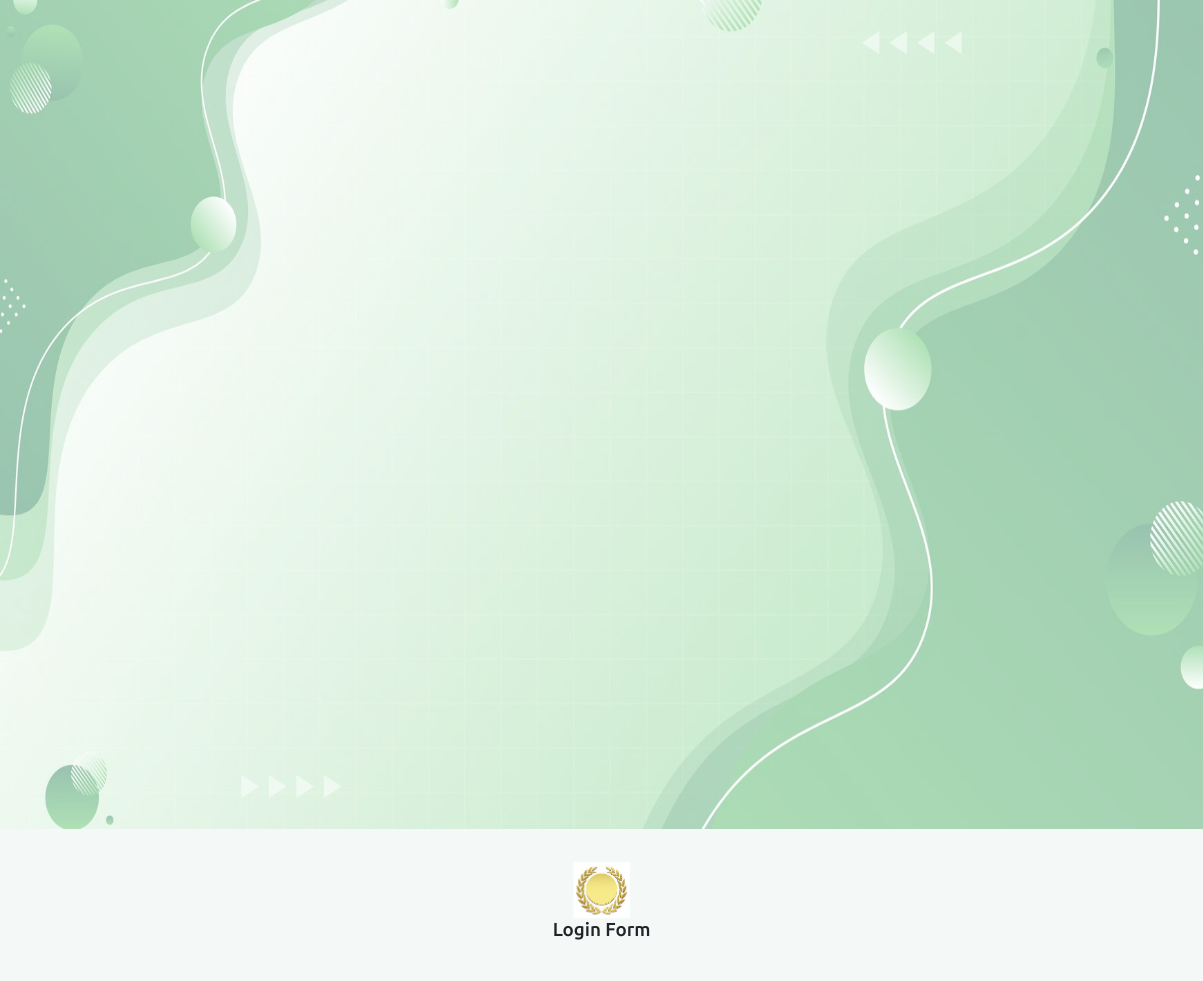
Repository: gautamsonam011/admin-react-dashboard
Page: /login
An editor plug-in stored every save of this project. The page is shown before and after the next save, followed by the edit.
The browser window is 1280 px wide. The pictures show the whole page, at 94% of full size.
The project was rebuilt for these pictures with package versions that can differ from the ones it lists, and the page was loaded fresh each time. Also part of the build but not shown: src/components/DashboardBox.jsx, src/pages/Dashboard/Dashboard.jsx.

Above is the page before, as saved 2025-04-18 23:14:08.

### src/App.css
@import url('https://fonts.googleapis.com/css2?family=Ubuntu:ital,wght@0,300;0,400;0,500;0,700;1,300;1,400;1,500;1,700&display=swap');

body{
  font-family: "Ubuntu", sans-serif !important;
  background-color: #f4f8f7;

}

header{
  width:100%;
  height: 70px;
  background-color:#62bebe;
  position: fixed;
  top:0px;
  left:0px;
  z-index: 1000;
}
header .logo{
  text-decoration: none;
}
header .logo img{
  margin-top: 10px;
  width:45px;

}

header .logo span{
color: coral;
font-weight: bolder;
font-size: 24px;
}
header button.rounded-circle{min-width:40px !important; width:40px !important; height: 40px !important; background-color:#0ff7d8 !important; margin: 15px;}
header button.rounded-circle svg{color:rgb(29, 27, 27); font-size: 25px !important; transition: all 0.2s ease-in-out;}
header button.rounded-circle:hover svg{color: #2585d4 !important;}
.searchBox{width:400px; height: 40px; background-color:#faf9f9; border-radius: 6px;padding: 3px 15px;}
.searchBox input{background: transparent;border:0px; outline:none; padding-left: 5px; font-size: 15px; color:#292929}
.searchBox input::-webkit-input-placeholder{color:#292929}
.searchBox svg{font-size: 18px; color:#292929 ;}

.userImg{display: flex; align-items:center; justify-content: center; overflow: hidden; width:40px; height: 40px; border:1px solid #0ff7d8; padding: 2px; border-radius: 100%;}
.userImg .rounded-circle{display: flex; align-items:center; justify-content: center; overflow: hidden; width: 40px; height: 40px; cursor: pointer; position: relative;}
.userImg .rounded-circle .img{object-fit: cover; width: 100%;}
.userInfo{padding-left: 10px;}
.userInfo h5{font-size: 15px; font-weight: 600; margin-bottom:0px; color: #266666;}

#account-menu li{font-size: 14px !important;}
#account-menu li svg{font-size: 20px !important}

.dropdown-info{padding-left: 6px;}
.dropdown-info h4{font-size: 15px; font-weight:600;margin-top: 2px; white-space: break-space; line-height: 21px;}
.dropdown-info p{font-size: 10px; color: #2585d4;}


/* Style for sidebar  */

.main .sidebarWrapper{width: 20%; flex: 0 0 20%; transition: all 0.3s ease-in-out;}
.main .sidebarWrapper.toggle{width: 0%; flex: 0 0 0%;}
.btn-signin{padding: 7px 20px !important; background:#266666 !important; color: #f4f8f7 !important; font-weight: bold !important; border-radius:20px !important;}
.main .sidebarWrapper .sidebar{width:20%; height: 100vh; max-height: calc(100%-70px); position:fixed; top: 70px; left:0px; background:#b1e4dd; overflow-y: scroll; overflow-x: hidden; padding-bottom: 40px; transition: all 0.3s ease-in-out;}
.main .sidebarWrapper.toggle .sidebar{left:-100%;}

.main .sidebarWrapper .sidebar::-webkit-scrollbar-thumb{background: transparent !important; width:3px;}
.main .sidebarWrapper:hover .sidebar::-webkit-scrollbar{ background:#2585d4; width:3px;}
.main .sidebarWrapper .sidebar ul{margin-bottom:0px;}
.main .sidebarWrapper .sidebar ul li{list-style: none; margin-top:10px;}
.main .sidebarWrapper .sidebar ul li button{color:#266666; text-align: left; justify-content: left; border-radius:0px !important; padding: 12px 15px !important;
  align-items: center; text-transform: capitalize !important;font-family: "Ubuntu", sans-serif !important;
  margin-left: 0px; font-size: 15px !important;
}
.main .sidebarWrapper .sidebar ul li button .icon{display: flex; align-items:center; justify-content: center; width:25px; height:25px; margin-right: 10px;}
.main .sidebarWrapper .sidebar ul li button .icon svg{color:#292929; opacity: 0.8; font-size: 22px;}
.main .sidebarWrapper .sidebar ul li button .arrow{margin-left: auto; display: flex; align-items: center; justify-content: center; width: 25px; transition: all 0.3s ease-in-out}
.main .sidebarWrapper .sidebar ul li button:hover{background:#62bebe !important;}
.main .sidebarWrapper .sidebar ul li button.active{background: #62bebe !important;}
.main .sidebarWrapper .sidebar ul li button.active .arrow{transform: rotate(90deg);}

.main .sidebarWrapper .sidebar ul .submenu{padding: 0px 45px; position:relative; height:auto;}
.main .sidebarWrapper .sidebar ul .submenu::before{content:''; width:1px; height: 95%; position: absolute; top:0px; left:25px; background:rgba(0, 0, 0, 0.1);}
.main .sidebarWrapper .sidebar ul .submenu li{width:100%; list-style: none;}
.main .sidebarWrapper .sidebar ul .submenu li a{color:#266666 !important; text-decoration: none; font-family: "Ubuntu", sans-serif !important;
display: block; padding: 6px 0px; font-size: 14px !important; font-weight: 500; transition:all 0.3s}
.main .sidebarWrapper .sidebar ul .submenu li a:hover{color:#2585d4 !important;}

.main .sidebarWrapper .sidebar ul .submenuWrapper{transition:all 0.3s ease-in-out; height: 0px; overflow: hidden; }
.main .sidebarWrapper .sidebar ul .submenuWrapper.colapsed .submenu{opacity:0;}

.main .sidebarWrapper .sidebar ul .submenuWrapper.colapse{height:auto; overflow: inherit;}
.main .sidebarWrapper .sidebar ul .submenuWrapper.colapse .submenu{opacity:1; height:auto;}

.logoutWrapper{padding: 0px 25px;}
.logoutWrapper .logoutBox{width:100%; height:100px; padding: 25px; background:#bcd2fd; border-radius:10px; margin-bottom:20px; display:flex; align-items: center; justify-content: center;
position:relative; overflow:hidden;}
.logoutWrapper .logoutBox::before{content:''; width:50px; height:50px; background:#266666; border-radius: 100%; position:absolute; top: -20px; right: 30px; opacity:0.5}
.logoutWrapper .logoutBox::after{content:''; width:30px; height:30px; background:#266666; border-radius: 100%; position:absolute; top: -30px; left: 30px; opacity:0.5}
.logoutWrapper .logoutBox button{font-size:14px !important; font-weight: 600 !important; }
.logoutWrapper .logoutBox button svg{margin-right: 15px; font-size:18px;}

.main .content{width:80%; flex: 0 0 80%; transition: all 0.3s ease-in-out;}
.main .content.toggle{width:100%; flex: 0 0 100%;}

.dashboardBoxWrapperRow{margin-left: 20%;}
.right-content{padding: 90px 30px;}
.dashboardBoxWrapper{gap: 15px; width:100%; flex-wrap: wrap;}
.dashboardBoxWrapper .dashboardBox{width:48%; height: 170px; border-radius:10px; overflow: hidden; padding:20px; display: flex; flex-direction: column; justify-content: space-around; text-align: left !important; justify-content: flex-start;}
.dashboardBoxWrapperRow .box{width:100%; height: 100%; background:#0ff7d8;}

.dashboardBoxWrapper .dashboardBox .col1 h4{font-size: 20px; font-weight: 600;}
.dashboardBoxWrapper .dashboardBox .col1 span{font-size: 40px; font-weight: bold;}
.dashboardBoxWrapper .dashboardBox .icon { margin-left: 180px; display: flex; align-items:center; justify-content: center; width:45px; height: 45px; border-radius:5px; background-image: linear-gradient(to bottom right, rgba(0, 0, 0, 0), rgba(0, 0, 0, 0.2));}
.dashboardBoxWrapper .dashboardBox .icon svg{font-size: 45px; opacity: 0.1; color:#f4f8f7}

.dashboardBoxWrapper .dashboardBox button.toggleIcon {font-size: 22px; color:rgba(0,0,0,0.5); cursor: pointer; min-width: 40px !important; width: 40px !important; height: 40px !important; border-radius: 50% !important; margin-left: 170px; border-right: none; opacity: 0.3;}

.dashboardBoxWrapperRow .dashboardBoxWrapper .dashboardBox .chart{position:absolute; opacity: 0.1;}
.dashboardBoxWrapperRow .dashboardBoxWrapper .dashboardBox .chart svg{font-size: 150px; color: #000;}

/*  style for Login page */

.loginSection{
  width: 100%; height: 100hv; padding: 35px 25px;
  background:#f4f8f7; position: relative; z-index: 100;
}
.loginbgimage{width:100%; height: 100%; opacity: 0.4;}

.full{max-width: 100% !important; flex: 0 0 100% !important; width: 100% !important;}

### src/components/Sidebar/index.jsx
import Button from '@mui/material/Button';
import { RiDashboardLine } from "react-icons/ri";
import { IoIosArrowForward } from "react-icons/io";
import { TbBrandProducthunt } from "react-icons/tb";
import { TiShoppingCart } from "react-icons/ti";
import { MdOutlineMessage } from "react-icons/md";
import { IoNotifications } from "react-icons/io5";
import { MdOutlineSettings } from "react-icons/md";
import { Link } from 'react-router-dom';
import React, { useState} from "react";
import { RiLogoutCircleRLine } from "react-icons/ri";
// import { MyContext } from '../../App';

const Sidebar = () =>{
    const [activeTab, setActiveTab] = useState(0);
    const [isToggleSubmenu, setIsToggleSubmenu] = useState(false);

    // const context = useContext(MyContext);

    const isOpenSubmenu = (index) =>{
        setActiveTab(index);
        setIsToggleSubmenu(!isToggleSubmenu);


    }

    return(
        <div className="sidebar">
            <ul>
                <li>
                    <Link to="/">
                    <Button className={`w-100 ${activeTab === 0 ? 'active' : ''}`} onClick={()=>isOpenSubmenu(0)}>
                        <span className='icon'><RiDashboardLine/></span>
                        Dashboard
                        <span className="arrow"><IoIosArrowForward/></span>
                    </Button>
                    </Link>
                </li>
                <li>
                    <Button className={`w-100 ${activeTab === 1 && isToggleSubmenu===true ?  'active' : ''}`} onClick={()=>isOpenSubmenu(1)}>
                        <span className='icon'><TbBrandProducthunt/></span>
                        Products
                        <span className="arrow"><IoIosArrowForward/></span>
                    </Button>
                    <div className={`submenuWrapper ${activeTab===1 && isToggleSubmenu===true ? 'colapse':'colapsed'}`}>
                    <ul className='submenu'>
                        <li><Link to="#">Product Add</Link></li>
                        <li><Link to="#">Product List</Link></li>
                        <li><Link to="#">Product View</Link></li>
                    </ul>
                    </div>
                </li>
                <li>
                    <Link to="/">
                    <Button className={`w-100 ${activeTab === 2 ? 'active' : ''}`} onClick={()=>isOpenSubmenu(2)}>
                        <span className='icon'><TiShoppingCart/></span>
                        Orders
                        <span className="arrow"><IoIosArrowForward/></span>
                    </Button>
                    </Link>
                </li>
                <li>
                    <Link to="/">
                    <Button className={`w-100 ${activeTab === 3 ? 'active' : ''}`} onClick={()=>isOpenSubmenu(3)}>
                        <span className='icon'><MdOutlineMessage/></span>
                        Messages
                        <span className="arrow"><IoIosArrowForward/></span>
                    </Button>
                    </Link>
                </li>
                <li>
                    <Link to="/">
                    <Button className={`w-100 ${activeTab === 4 ? 'active' : ''}`} onClick={()=>isOpenSubmenu(4)}>
                        <span className='icon'><IoNotifications/></span>
                        Notifications
                        <span className="arrow"><IoIosArrowForward/></span>
                    </Button>
                    </Link>
                </li>
                <li>
                    <Link to="/">
                    <Button className={`w-100 ${activeTab === 5 ? 'active' : ''}`} onClick={()=>isOpenSubmenu(5)}>
                        <span className='icon'><MdOutlineSettings /></span>
                        Settings
                        <span className="arrow"><IoIosArrowForward/></span>
                    </Button>
                    </Link>
                </li>
            </ul>
            <br/>
            <div className="logoutWrapper">
                <div className="logoutBox">
            <Button variant="outlined"> <RiLogoutCircleRLine/>Logout</Button>
            </div>
            </div>
        </div>
    )
}

export default Sidebar

### src/pages/Login/index.jsx
import logo from '../../assests/images/logo.jpg';
import bgImage from '../../assests/bg.jpg';

import { MyContext } from '../../App';
import { useContext, useEffect } from 'react';

const Login = () => {
    const context = useContext(MyContext);

    useEffect(() => {
        context.setisHideSidebarHeader(true);
    }, []);

    return (
        <>
            <img src={ bgImage} className='loginbgimage' alt="bgimage" />
            <section className="loginSection">
                <div className="loginBox">
                    <div className="loginLogo text-center">
                        <img src={logo} alt="Logo" width="60px" />
                        <h5 className='font-weight-bold'>Login Form</h5>
                    </div>
                </div>
            </section>
        </>
    )
}
export default Login;

### src/components/SearchBox.jsx
import { FaSearch } from "react-icons/fa";

const SearchBox = () =>{
    return (
        <div className="searchBox position-relative d-flex align-items-center">
            <FaSearch className="mr-2" />
            <input type="text" placeholder="Search here"  />
        </div>
    )
}

export default SearchBox;

Loaded but not shown: public/index.html (common file); src/index.js (common file); src/reportWebVitals.js (common file); src/App.js (59 lines, source omitted); src/components/Header/index.jsx (239 lines, source omitted)

After the next save:
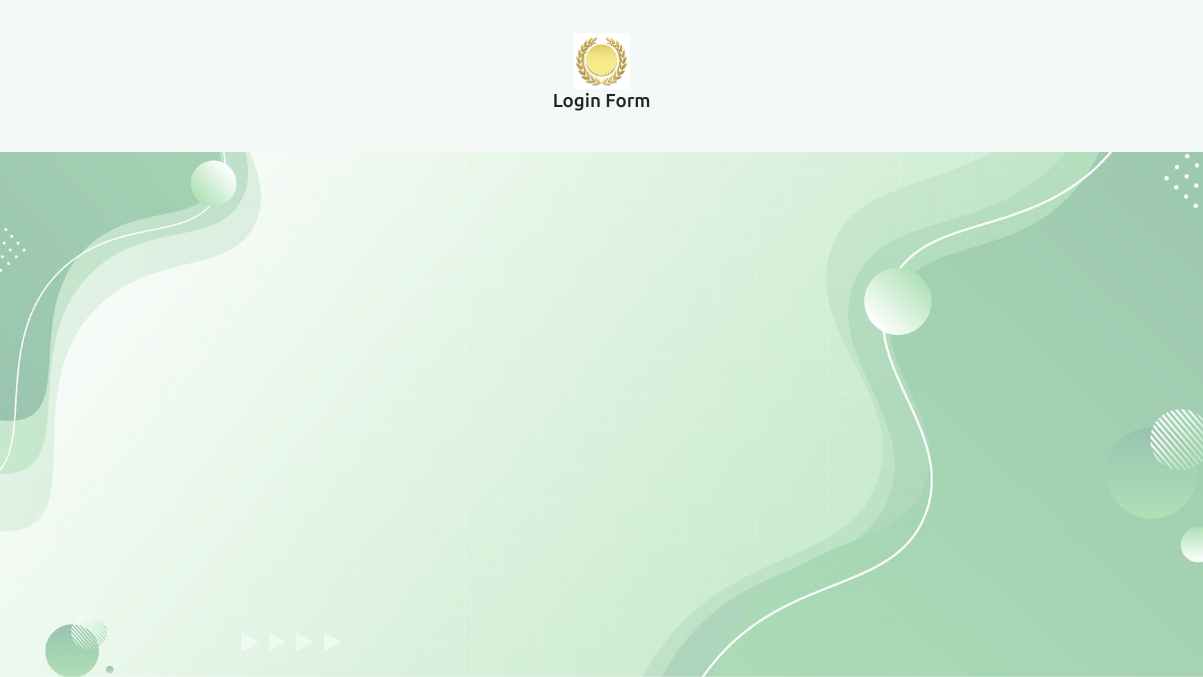
Saved 47 s later.
--- a/src/App.css
+++ b/src/App.css
@@ -120,6 +120,6 @@ position:relative; overflow:hidden;}
   width: 100%; height: 100hv; padding: 35px 25px;
   background:#f4f8f7; position: relative; z-index: 100;
 }
-.loginbgimage{width:100%; height: 100%; opacity: 0.4;}
+.loginbgimage{width:100%; height: 100%; opacity: 0.4; position: fixed; top: 0; left: 0;}
 
 .full{max-width: 100% !important; flex: 0 0 100% !important; width: 100% !important;}
